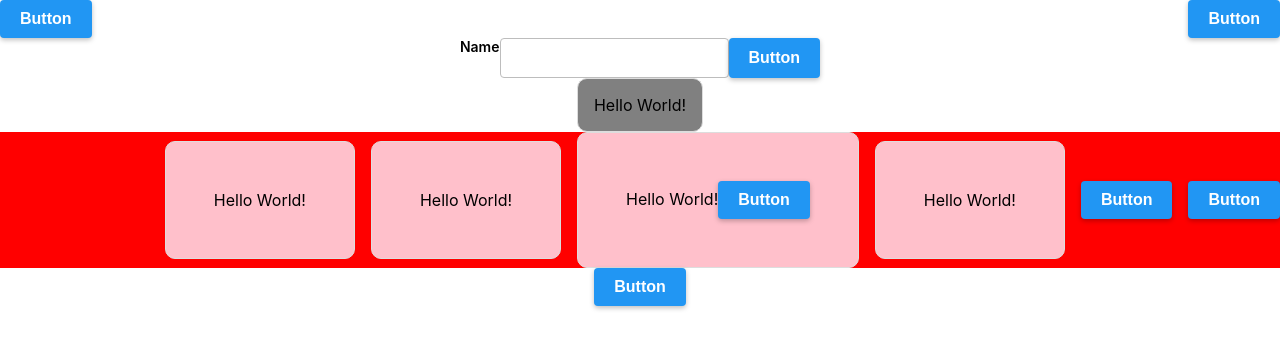
Repository: roistyx/react
Page: /layouts (app in layouts-app/)
The author's editor kept a copy of each file at every save. The page is drawn from the files as they stood at one save, then again after the next save.
The browser window is 1280 px wide. The pictures show the whole page.
The project was rebuilt for these pictures with package versions that can differ from the ones it lists, and the page was loaded fresh each time.

Above is the page before, as saved 2023-04-27 14:32:55.

### layouts-app/src/App.js
import React from 'react';
import { Between, SpaceEvenly, Center } from './layouts/Line';
import { Btn } from './elements/Btn';
import { Rows } from './layouts/Line';
import SearchField from './elements/TextField';
import { AlignCenter } from './layouts/Line';
import { Box } from './layouts/Box';

export default function App() {
	return (
		<div>
			<Between>
				<Btn>Button</Btn>
				<Btn>Button</Btn>
			</Between>
			<Rows>
				<AlignCenter>
					<SearchField />
				</AlignCenter>
			</Rows>
			<Center>
				<Box bgColor="grey" borderRadius="10px" gap="1rem">
					<span>Hello World!</span>
				</Box>
			</Center>
			<SpaceEvenly>
				<Box bgColor="pink" borderRadius="10px" gap="3rem">
					<span>Hello World!</span>
				</Box>
				<Box bgColor="pink" borderRadius="10px" gap="3rem">
					<span>Hello World!</span>
				</Box>
				<Box bgColor="pink" borderRadius="10px" gap="3rem">
					<span>Hello World!</span>
					<Btn>Button</Btn>
				</Box>
				<Box bgColor="pink" borderRadius="10px" gap="3rem">
					<span>Hello World!</span>
				</Box>
				<Btn>Button</Btn>
				<Btn>Button</Btn>
			</SpaceEvenly>
			<Center>
				<Btn>Button</Btn>
			</Center>
		</div>
	);
}

### layouts-app/src/layouts/Line.js
import './Line.css';

export const Line = ({ children, addClass }) => {
	return <div className={`Line ${addClass || ''}`}>{children}</div>;
};

export const Between = (props) => {
	return <Line {...props} addClass="between" />;
};

export const Center = (props) => {
	return <Line {...props} addClass="center" />;
};

export const SpaceEvenly = (props) => {
	console.log('SpaceEvenly', SpaceEvenly);
	return <Line {...props} addClass="space-evenly" />;
};

export const Rows = (props) => {
	return <Line {...props} addClass="rows" />;
};

export const AlignStart = ({ children }) => {
	return <div className="AlignStart">{children}</div>;
};

export const AlignCenter = ({ children }) => {
	return <div className="AlignCenter">{children}</div>;
};

### layouts-app/src/elements/Btn.js
import { Button } from '@mui/material';
import './Btn.css';
export const Btn = ({ children }) => {
	return (
		<button className="Btn">
			<span>{children}</span>{' '}
		</button>
		// <Button variant="contained" color="primary">
		// 	{' '}
		// 	<span>{children}</span>{' '}
		// </Button>
	);
};

### layouts-app/src/elements/TextField.js
import '../elements/TextField.css';
import React from 'react';
import { Btn } from '../elements/Btn.js';
import { TextField } from '@mui/material';

const SearchField = () => {
	return (
		<div>
			<form class="text-field">
				<label for="name">Name</label>
				<input type="text" id="name" name="name" />
				<Btn>Button</Btn>
			</form>
		</div>
	);
};

export default SearchField;

### layouts-app/src/layouts/Box.js
import './Box.css';

export const Box = ({ bgColor, borderRadius, gap, children }) => {
	const style = {
		...(bgColor ? { '--background': bgColor } : {}),
		...(borderRadius ? { '--border-radius': borderRadius } : {}),
		...(gap ? { '--gap': gap } : {}),
	};

	return (
		<div className="Box" style={style}>
			{children}
		</div>
	);
};

### layouts-app/src/layouts/Line.css
.Line {
	display: flex;
	gap: var(--gap);
	height: 100%;
	align-items: center;
}

.Line.between {
	justify-content: space-between;
}

.Line.center {
	justify-content: center;
}

.space-evenly {
	justify-content: flex-end;
	background-color: red;
}

.Line.rows {
	flex-direction: column;
	align-items: stretch;
}

.AlignStart {
	align-self: flex-start;
}

.AlignCenter {
	align-self: center;
}

### layouts-app/src/elements/Btn.css
.Btn {
	display: inline-block;
	padding: 10px 20px;
	font-size: 16px;
	font-weight: 600;
	text-align: center;
	text-decoration: none;
	background-color: #2196f3;
	color: #fff;
	border-radius: 4px;
	border: none;
	cursor: pointer;
	box-shadow: 0px 2px 5px rgba(0, 0, 0, 0.25);
	transition: background-color 0.3s ease;
}
.Btn:hover {
	background-color: #0d6ec3;
}

### layouts-app/src/elements/TextField.css
.text-field {
	display: flex;
	flex-direction: row;
}

.text-field label {
	font-size: 14px;
	font-weight: 600;
	margin-bottom: 5px;
}

.text-field input {
	padding: 10px;
	font-size: 16px;
	border-radius: 4px;
	border: 1px solid #bdbdbd;
	transition: border-color 0.3s ease;
}
.text-field input:focus {
	outline: none;
	border-color: #2196f3;
}

### layouts-app/src/layouts/Box.css
:root {
	--background: green;
	--border: #ddd;
	--gap: 1rem;
	--border-radius: 0.25rem;
}

.Box {
	background-color: var(--background);
	border: 1px solid var(--border);
	padding: var(--gap);
	border-radius: var(--border-radius);
}

Loaded but not shown: layouts-app/public/index.html (common file); layouts-app/src/index.js (common file); layouts-app/src/index.css (common file); layouts-app/src/reportWebVitals.js (common file)

After the next save:
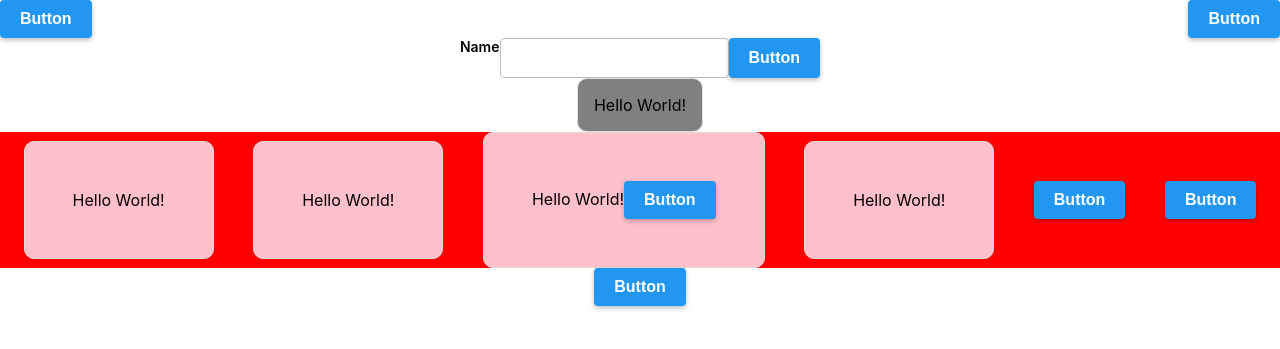
Saved 19 s later.
--- a/layouts-app/src/layouts/Line.css
+++ b/layouts-app/src/layouts/Line.css
@@ -14,7 +14,7 @@
 }
 
 .space-evenly {
-	justify-content: flex-end;
+	justify-content: space-evenly;
 	background-color: red;
 }
 
